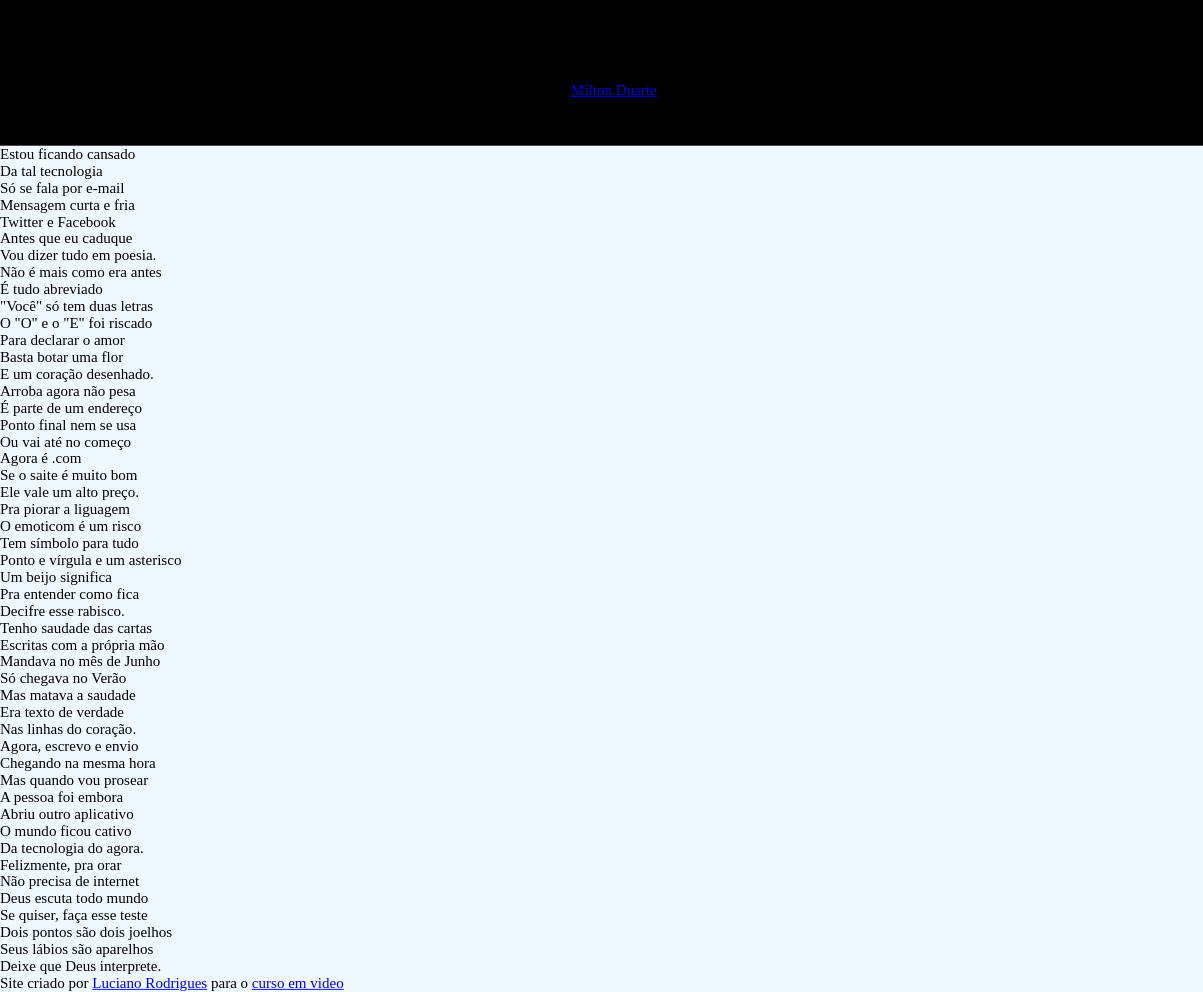
Repository: Lucianorodriguesdev/cursoHTML-CSS
Page: dasafios/index.html
An editor plug-in stored every save of this project. The page is shown before and after the next save, followed by the edit.
The browser window is 1280 px wide. The pictures show the whole page, at 94% of full size.

Above is the page before, as saved 2026-06-17 09:17:19.

After the next save:
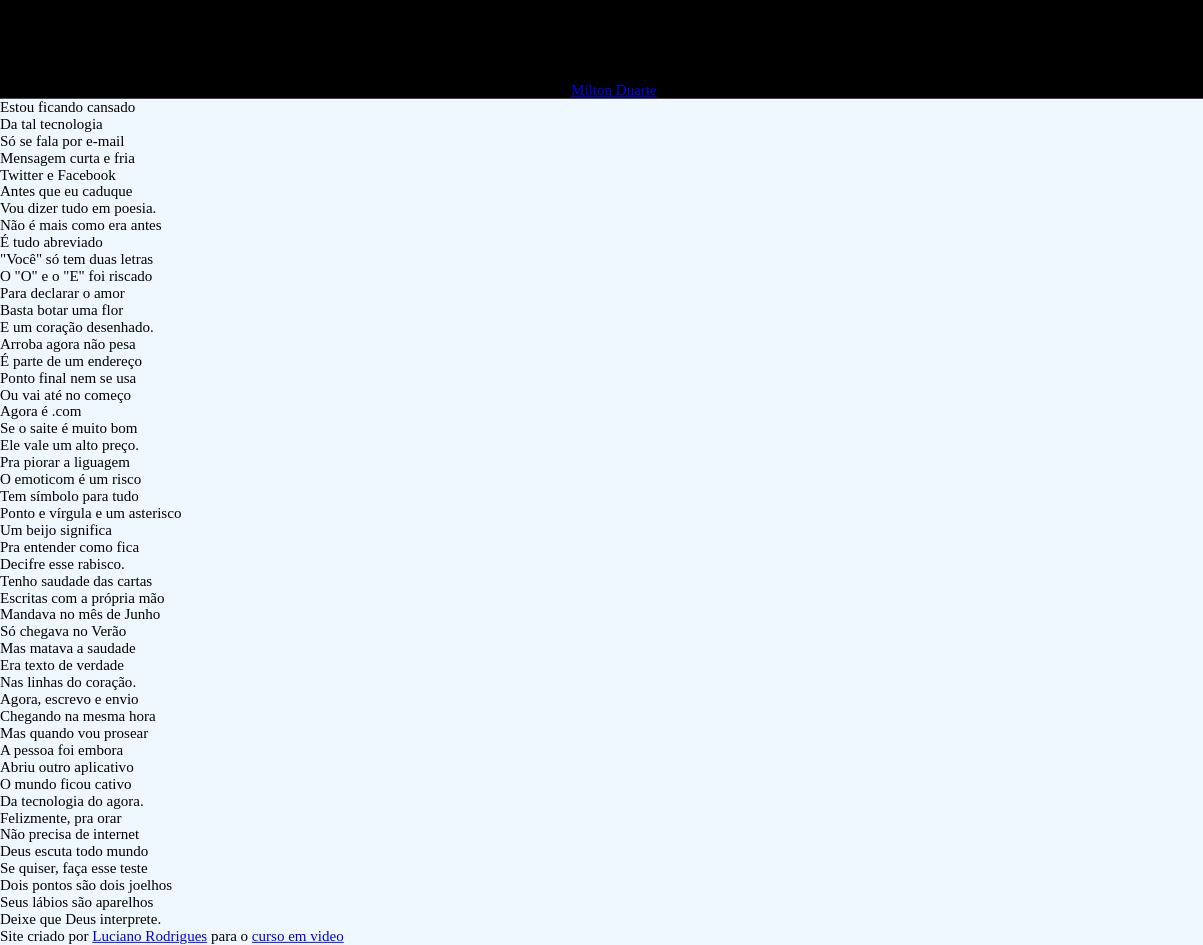
Saved 25 s later.
--- a/dasafios/estilo/style.css
+++ b/dasafios/estilo/style.css
@@ -10,10 +10,11 @@
 }
 header{
     background-color: black;
-    padding: 50px;
+
     text-align: center;
 }
 header> h1{
+    padding-top: 50px;
     font-variant: small-caps;
 
 }

After the save that followed:
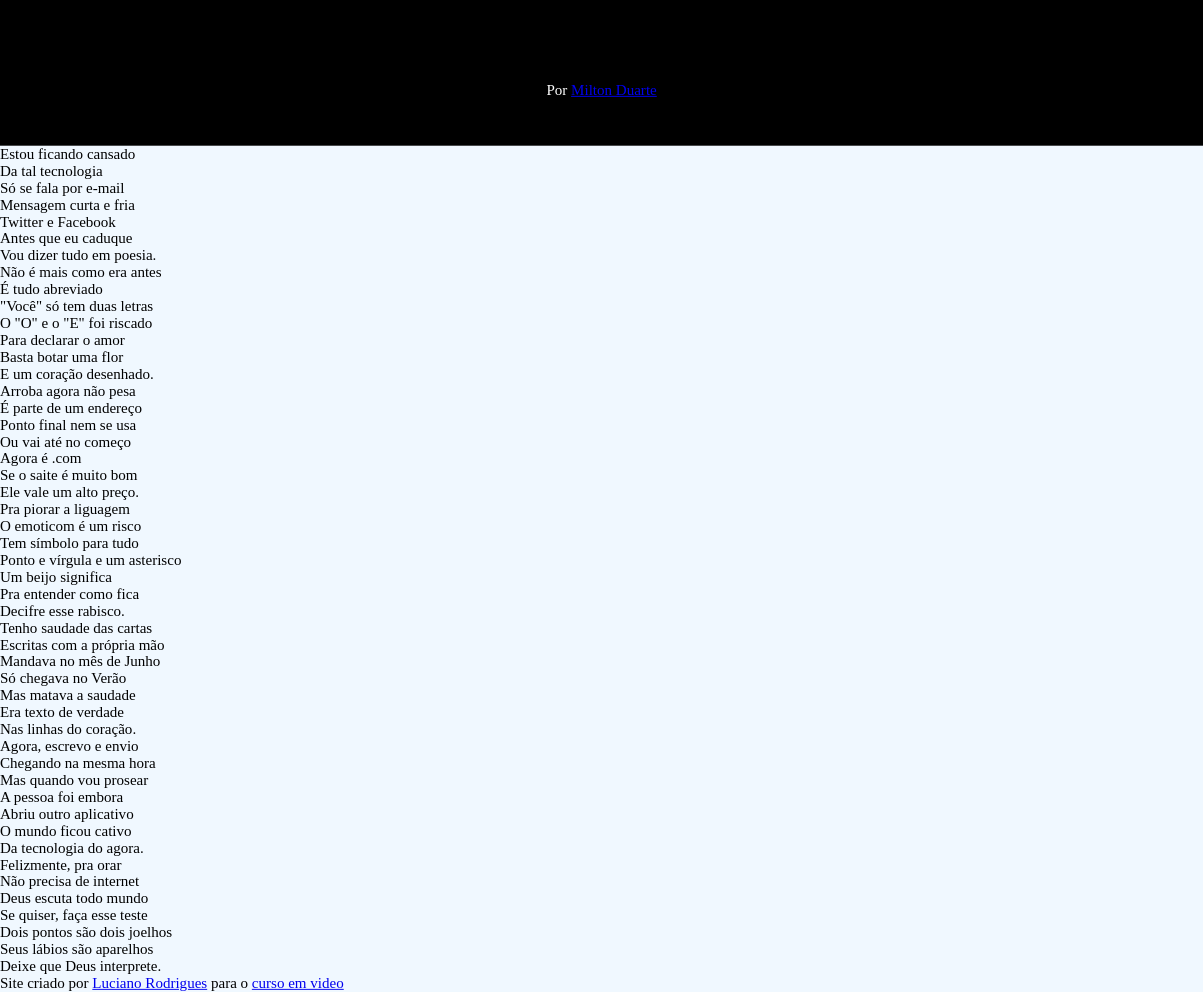
Saved 2 min 9 s later.
--- a/dasafios/estilo/style.css
+++ b/dasafios/estilo/style.css
@@ -18,3 +18,11 @@
     font-variant: small-caps;
 
 }
+header>p{
+    padding-bottom: 50px;
+    color: white;
+    text-decoration: none;
+}
+header>p:hover{
+    text-decoration: underline;
+}
